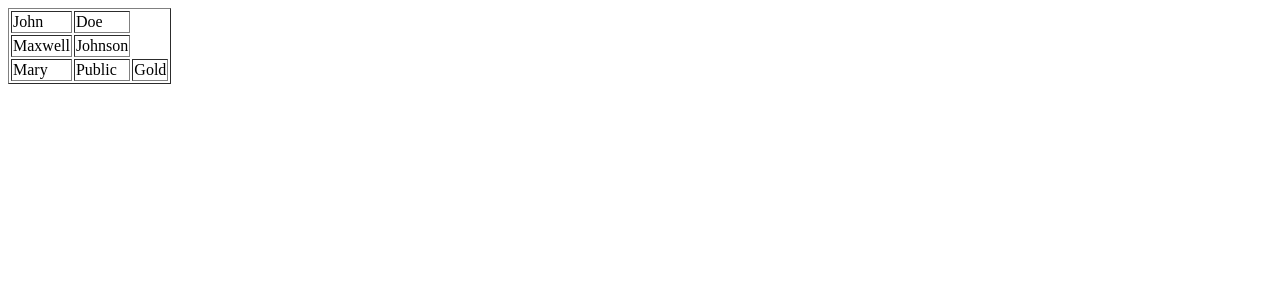
Repository: mohdsalman1994/JspServletProjects
Page: http://localhost/tagdemo/if-student-test.jsp
An editor plug-in stored every save of this project. The page is shown before and after the next save, followed by the edit.
The browser window is 1280 px wide. The pictures show the whole page.
The page is served by Tomcat 9.

Above is the page before, as saved 2017-08-04 10:40:46.

After the next save:
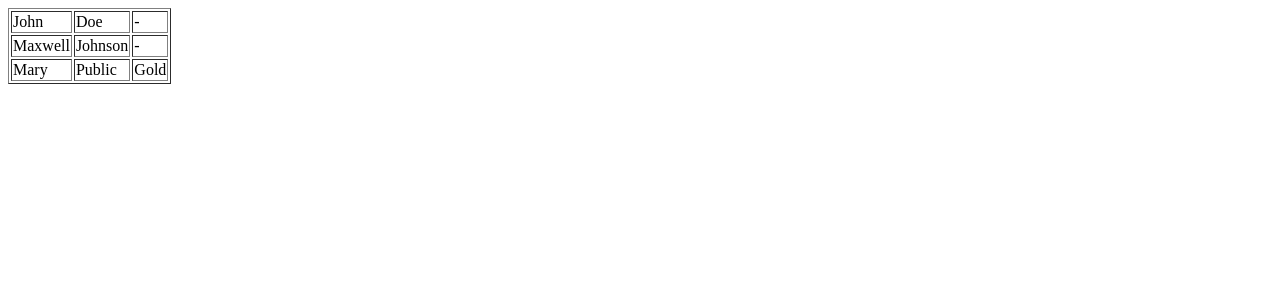
Saved 33 s later.
--- a/tagdemo/WebContent/if-student-test.jsp
+++ b/tagdemo/WebContent/if-student-test.jsp
@@ -32,7 +32,7 @@
 		<td>Gold</td>
 		</c:if>
 
-		<c:if test="not ${student.goldCustomer}">
+		<c:if test="${ not student.goldCustomer}">
 		<td>-</td>
 		</c:if>
 	</tr>
